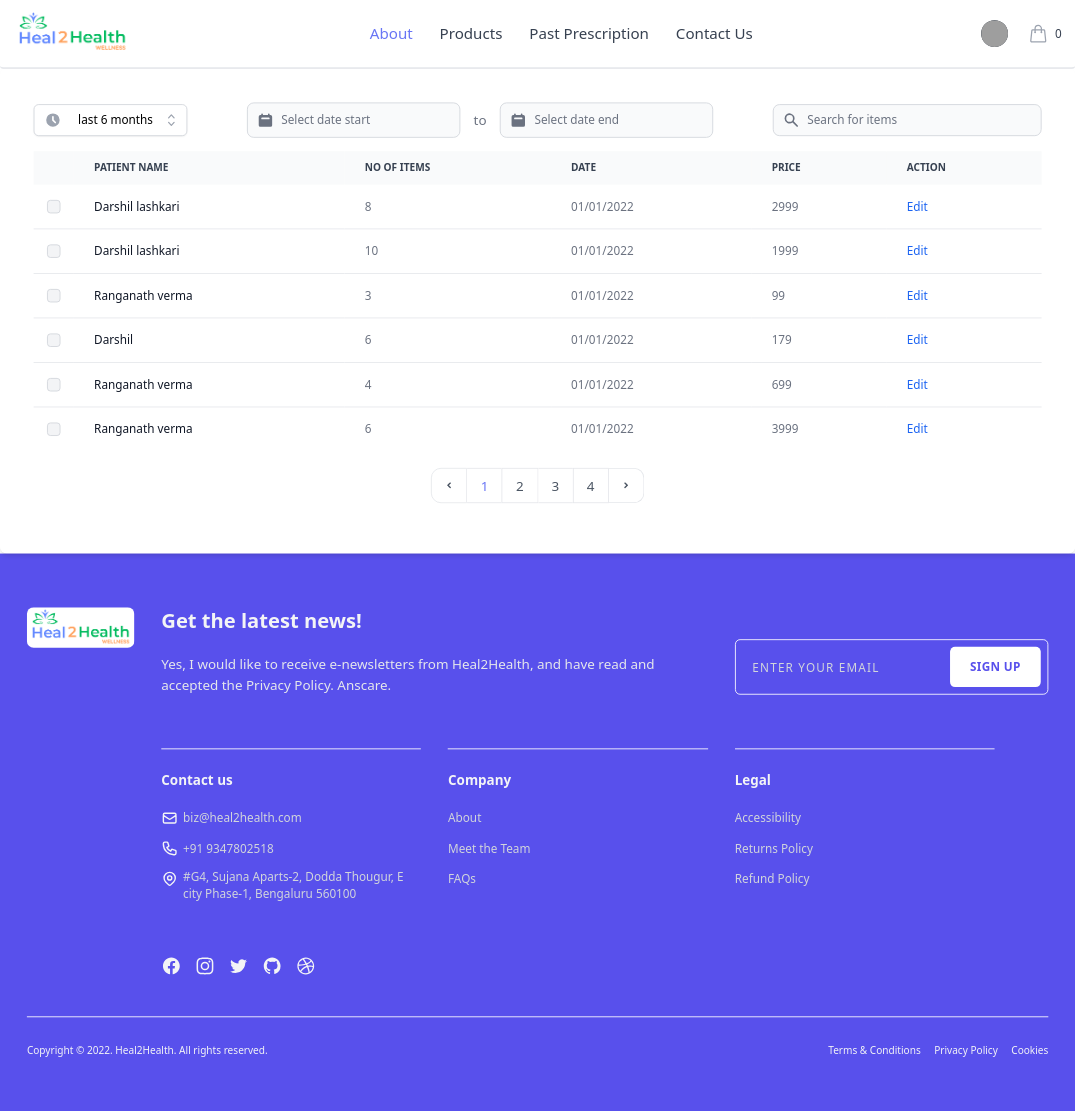
Repository: Akash123-coder/H2H
Page: /pastprescription (app in Frontend/)
An editor plug-in stored every save of this project. The page is shown before and after the next save, followed by the edit.
The browser window is 1280 px wide. The pictures show the whole page, at 84% of full size.
Pictures or frames that could not be fetched are drawn as grey boxes. The project was rebuilt for these pictures with package versions that can differ from the ones it lists, and the page was loaded fresh each time. Also part of the build but not shown: Frontend/vite.config.ts, Frontend/src/pages/About.tsx, Frontend/src/components/Cta.jsx, Frontend/src/pages/Home.jsx, Frontend/src/components/Product.tsx, Frontend/src/pages/Prescription.jsx, Frontend/src/pages/SignUp.jsx, Frontend/src/pages/Login.jsx and 1 more.

Above is the page before, as saved 2022-10-04 13:01:27.

### Frontend/index.html
<!DOCTYPE html>
<html lang="en">
  <head>
    <meta charset="UTF-8" />
    <link rel="icon" type="image/svg+xml" href="/vite.svg" />
    <meta name="viewport" content="width=device-width, initial-scale=1.0" />
    <title>Heal2Health</title>
  </head>
  <body>
    <div id="root"></div>
    <script type="module" src="/src/main.tsx"></script>
  </body>
</html>

### Frontend/src/main.tsx
import React from 'react'
import ReactDOM from 'react-dom/client'
import App from './App'
import './index.css'
import {BrowserRouter} from 'react-router-dom'

ReactDOM.createRoot(document.getElementById('root') as HTMLElement).render(
  <React.StrictMode>
    <BrowserRouter>
    <App />
    </BrowserRouter>
  </React.StrictMode>
)

### Frontend/src/App.jsx
import { Routes, Route } from "react-router-dom";
import Navbar from "./components/Navbar.jsx";
import { ShoppingCartProvider } from "./context/ShoppingCartContext";
import About from "./pages/About";
import Home from "./pages/Home";
import Prescription from "./pages/Prescription";
import SignUp from "./pages/SignUp";
import Footer from "./components/Footer";
import Login from "./pages/Login";
import Cart from "./pages/Cart";
import CompanyNameSelect from "./pages/CompanyNameSelect.jsx";
import PastPrescription from "./pages/PastPrescription.jsx";

function App() {
  return (
    <ShoppingCartProvider>
      <Navbar />
      <Routes>
        <Route path="/" element={<Home />} />
        <Route path="/prescription" element={<Prescription />} />
        <Route path="/about" element={<About />} />
        <Route path="/login" element={<Login />} />
        <Route path="/SignUp" element={<SignUp />} />
        <Route path="/pastprescription" element={<PastPrescription />} />
        {/* <Route path="/SignUp" element={<CompanyNameSelect />} /> */}
      </Routes>
      <Footer />
    </ShoppingCartProvider>
  );
}

export default App;

### Frontend/src/context/ShoppingCartContext.tsx
import {useContext ,useState, createContext ,ReactNode} from 'react'

const ShoppingCartContext = createContext({})

type ShoppingCartProviderProps ={
    children: ReactNode
}
type CartItem = {
    id: number
    quantity:number
}


type ShoppingCartContext ={
    CartQuantity:number
    CartItems:CartItem[]
    getItemQuantity:(id: number) => number
    increaseItemQuantity:(id: number) => void
    decreaseItemQuantity:(id: number) => void
    removeFromCart:(id: number) => void
}

export function useShoppingCart() {
  return ( useContext(ShoppingCartContext)
  )
}

export function ShoppingCartProvider({children}:ShoppingCartProviderProps){
    const [cartItems ,setCartItems] = useState<CartItem>([]);

    const CartQuantity = cartItems.reduce(
        (quantity ,item) => item.quantity + quantity,0
    )

    function getItemQuantity(id : number){
        return cartItems.find( item => item.id === id)?.quantity || 0
    }
    function increaseItemQuantity(id : number){
         setCartItems(currItems =>{
            if(currItems.find(item => item.id === id)==null){
                return [...currItems, {id , quantity : 1}]

            } else {
                return currItems.map(item =>{
                    if(item.id === id ){
                        return {...item ,quantity: item.quantity + 1}
                    }else{
                        return item
                    }
                })
            }
         })
    }
    function decreaseItemQuantity(id: number) {
        setCartItems(currItems => {
          if (currItems.find(item => item.id === id)?.quantity === 1) {
            return currItems.filter(item => item.id !== id)
          } else {
            return currItems.map(item => {
              if (item.id === id) {
                return { ...item, quantity: item.quantity - 1 }
              } else {
                return item
              }
            })
          }
        })
      }
    function removeFromCart(id : number){
        setCartItems(currItems =>{
            return currItems.filter(item =>item.id!==id)
        })
    }
    return (

        <ShoppingCartContext.Provider value = {{getItemQuantity,increaseItemQuantity,decreaseItemQuantity ,removeFromCart,cartItems,CartQuantity}}>
            {children}
        </ShoppingCartContext.Provider>
    )
}

### Frontend/src/pages/PastPrescription.jsx
import React from 'react'
import DatePickercomp from '../components/DatePickercomp';
import Select from '../components/Select';

function PastPrescription() {
  return (
    <div>
      <div class="overflow-x-auto relative shadow-md sm:rounded-lg p-10">
        <div class="flex justify-between items-center pb-4">
          <Select />
          <DatePickercomp />
          <label for="table-search" class="sr-only">
            Search
          </label>
          <div class="relative">
            <div class="flex absolute inset-y-0 left-0 items-center pl-3 pointer-events-none">
              <svg
                class="w-5 h-5 text-gray-500 dark:text-gray-400"
                aria-hidden="true"
                fill="currentColor"
                viewBox="0 0 20 20"
                xmlns="http://www.w3.org/2000/svg"
              >
                <path
                  fill-rule="evenodd"
                  d="M8 4a4 4 0 100 8 4 4 0 000-8zM2 8a6 6 0 1110.89 3.476l4.817 4.817a1 1 0 01-1.414 1.414l-4.816-4.816A6 6 0 012 8z"
                  clip-rule="evenodd"
                ></path>
              </svg>
            </div>
            <input
              type="text"
              id="table-search"
              class="block p-2 pl-10 w-80 text-sm text-gray-900 bg-gray-50 rounded-lg border border-gray-300 focus:ring-blue-500 focus:border-blue-500 dark:bg-gray-700 dark:border-gray-600 dark:placeholder-gray-400 dark:text-white dark:focus:ring-blue-500 dark:focus:border-blue-500"
              placeholder="Search for items"
            />
          </div>
        </div>
        <table class="w-full text-sm text-left text-gray-500 dark:text-gray-400">
          <thead class="text-xs text-gray-700 uppercase bg-gray-50 dark:bg-gray-700 dark:text-gray-400">
            <tr>
              <th scope="col" class="p-4">
                <div class="flex items-center">
                  <label for="checkbox-all-search" class="sr-only">
                    checkbox
                  </label>
                </div>
              </th>
              <th scope="col" class="py-3 px-6">
                Patient name
              </th>
              <th scope="col" class="py-3 px-6">
                No of items
              </th>
              <th scope="col" class="py-3 px-6">
                Date
              </th>
              <th scope="col" class="py-3 px-6">
                Price
              </th>
              <th scope="col" class="py-3 px-6">
                Action
              </th>
            </tr>
          </thead>
          <tbody>
            <tr class="bg-white border-b dark:bg-gray-800 dark:border-gray-700 hover:bg-gray-50 dark:hover:bg-gray-600">
              <td class="p-4 w-4">
                <div class="flex items-center">
                  <input
                    id="checkbox-table-search-1"
                    type="checkbox"
                    class="w-4 h-4 text-blue-600 bg-gray-100 rounded border-gray-300 focus:ring-blue-500 dark:focus:ring-blue-600 dark:ring-offset-gray-800 focus:ring-2 dark:bg-gray-700 dark:border-gray-600"
                  />
                  <label for="checkbox-table-search-1" class="sr-only">
                    checkbox
                  </label>
                </div>
              </td>
              <th
                scope="row"
                class="py-4 px-6 font-medium text-gray-900 whitespace-nowrap dark:text-white"
              >
                Darshil lashkari
              </th>
              <td class="py-4 px-6">8</td>
              <td class="py-4 px-6">01/01/2022</td>
              <td class="py-4 px-6">2999</td>
              <td class="py-4 px-6">
                <a
                  href="#"
                  class="font-medium text-blue-600 dark:text-blue-500 hover:underline"
                >
                  Edit
                </a>
              </td>
            </tr>
            <tr class="bg-white border-b dark:bg-gray-800 dark:border-gray-700 hover:bg-gray-50 dark:hover:bg-gray-600">
              <td class="p-4 w-4">
                <div class="flex items-center">
                  <input
                    id="checkbox-table-search-2"
                    type="checkbox"
                    class="w-4 h-4 text-blue-600 bg-gray-100 rounded border-gray-300 focus:ring-blue-500 dark:focus:ring-blue-600 dark:ring-offset-gray-800 focus:ring-2 dark:bg-gray-700 dark:border-gray-600"
                  />
                  <label for="checkbox-table-search-2" class="sr-only">
                    checkbox
                  </label>
                </div>
              </td>
              <th
                scope="row"
                class="py-4 px-6 font-medium text-gray-900 whitespace-nowrap dark:text-white"
              >
                Darshil lashkari
              </th>
              <td class="py-4 px-6">10</td>
              <td class="py-4 px-6">01/01/2022</td>
              <td class="py-4 px-6">1999</td>
              <td class="py-4 px-6">
                <a
                  href="#"
                  class="font-medium text-blue-600 dark:text-blue-500 hover:underline"
                >
                  Edit
                </a>
              </td>
            </tr>
            <tr class="bg-white border-b dark:bg-gray-800 dark:border-gray-700 hover:bg-gray-50 dark:hover:bg-gray-600">
              <td class="p-4 w-4">
                <div class="flex items-center">
                  <input
                    id="checkbox-table-search-3"
                    type="checkbox"
                    class="w-4 h-4 text-blue-600 bg-gray-100 rounded border-gray-300 focus:ring-blue-500 dark:focus:ring-blue-600 dark:ring-offset-gray-800 focus:ring-2 dark:bg-gray-700 dark:border-gray-600"
                  />
                  <label for="checkbox-table-search-3" class="sr-only">
                    checkbox
                  </label>
                </div>
              </td>
              <th
                scope="row"
                class="py-4 px-6 font-medium text-gray-900 whitespace-nowrap dark:text-white"
              >
                Ranganath verma
              </th>
              <td class="py-4 px-6">3</td>
              <td class="py-4 px-6">01/01/2022</td>
              <td class="py-4 px-6">99</td>
              <td class="py-4 px-6">
                <a
                  href="#"
                  class="font-medium text-blue-600 dark:text-blue-500 hover:underline"
                >
                  Edit
                </a>
              </td>
            </tr>
            <tr class="bg-white border-b dark:bg-gray-800 dark:border-gray-700 hover:bg-gray-50 dark:hover:bg-gray-600">
              <td class="p-4 w-4">
                <div class="flex items-center">
                  <input
                    id="checkbox-table-3"
                    type="checkbox"
                    class="w-4 h-4 text-blue-600 bg-gray-100 rounded border-gray-300 focus:ring-blue-500 dark:focus:ring-blue-600 dark:ring-offset-gray-800 focus:ring-2 dark:bg-gray-700 dark:border-gray-600"
                  />
                  <label for="checkbox-table-3" class="sr-only">
                    checkbox
                  </label>
                </div>
              </td>
              <th
                scope="row"
                class="py-4 px-6 font-medium text-gray-900 whitespace-nowrap dark:text-white"
              >
                Darshil
              </th>
              <td class="py-4 px-6">6</td>
              <td class="py-4 px-6">01/01/2022</td>
              <td class="py-4 px-6">179</td>
              <td class="py-4 px-6">
                <a
                  href="#"
                  class="font-medium text-blue-600 dark:text-blue-500 hover:underline"
                >
                  Edit
                </a>
              </td>
            </tr>
            <tr class="bg-white border-b dark:bg-gray-800 dark:border-gray-700 hover:bg-gray-50 dark:hover:bg-gray-600">
              <td class="p-4 w-4">
                <div class="flex items-center">
                  <input
                    id="checkbox-table-3"
                    type="checkbox"
                    class="w-4 h-4 text-blue-600 bg-gray-100 rounded border-gray-300 focus:ring-blue-500 dark:focus:ring-blue-600 dark:ring-offset-gray-800 focus:ring-2 dark:bg-gray-700 dark:border-gray-600"
                  />
                  <label for="checkbox-table-3" class="sr-only">
                    checkbox
                  </label>
                </div>
              </td>
              <th
                scope="row"
                class="py-4 px-6 font-medium text-gray-900 whitespace-nowrap dark:text-white"
              >
                Ranganath verma
              </th>
              <td class="py-4 px-6">4</td>
              <td class="py-4 px-6">01/01/2022</td>
              <td class="py-4 px-6">699</td>
              <td class="py-4 px-6">
                <a
                  href="#"
                  class="font-medium text-blue-600 dark:text-blue-500 hover:underline"
                >
                  Edit
                </a>
              </td>
            </tr>
            <tr class="bg-white dark:bg-gray-800 hover:bg-gray-50 dark:hover:bg-gray-600">
              <td class="p-4 w-4">
                <div class="flex items-center">
                  <input
                    id="checkbox-table-3"
                    type="checkbox"
                    class="w-4 h-4 text-blue-600 bg-gray-100 rounded border-gray-300 focus:ring-blue-500 dark:focus:ring-blue-600 dark:ring-offset-gray-800 focus:ring-2 dark:bg-gray-700 dark:border-gray-600"
                  />
                  <label for="checkbox-table-3" class="sr-only">
                    checkbox
                  </label>
                </div>
              </td>
              <th
                scope="row"
                class="py-4 px-6 font-medium text-gray-900 whitespace-nowrap dark:text-white"
              >
                Ranganath verma
              </th>
              <td class="py-4 px-6">6</td>
              <td class="py-4 px-6">01/01/2022</td>
              <td class="py-4 px-6">3999</td>
              <td class="py-4 px-6">
                <a
                  href="#"
                  class="font-medium text-blue-600 dark:text-blue-500 hover:underline"
                >
                  Edit
                </a>
              </td>
            </tr>
          </tbody>
        </table>
        <div class="px-5 bg-white py-5 flex flex-col xs:flex-row items-center xs:justify-between">
          <div class="flex items-center">
            <button
              type="button"
              class="w-full p-4 border text-base rounded-l-xl text-gray-600 bg-white hover:bg-gray-100"
            >
              <svg
                width="9"
                fill="currentColor"
                height="8"
                class=""
                viewBox="0 0 1792 1792"
                xmlns="http://www.w3.org/2000/svg"
              >
                <path d="M1427 301l-531 531 531 531q19 19 19 45t-19 45l-166 166q-19 19-45 19t-45-19l-742-742q-19-19-19-45t19-45l742-742q19-19 45-19t45 19l166 166q19 19 19 45t-19 45z"></path>
              </svg>
            </button>
            <button
              type="button"
              class="w-full px-4 py-2 border-t border-b text-base text-indigo-500 bg-white hover:bg-gray-100 "
            >
              1
            </button>
            <button
              type="button"
              class="w-full px-4 py-2 border text-base text-gray-600 bg-white hover:bg-gray-100"
            >
              2
            </button>
            <button
              type="button"
              class="w-full px-4 py-2 border-t border-b text-base text-gray-600 bg-white hover:bg-gray-100"
            >
              3
            </button>
            <button
              type="button"
              class="w-full px-4 py-2 border text-base text-gray-600 bg-white hover:bg-gray-100"
            >
              4
            </button>
            <button
              type="button"
              class="w-full p-4 border-t border-b border-r text-base  rounded-r-xl text-gray-600 bg-white hover:bg-gray-100"
            >
              <svg
                width="9"
                fill="currentColor"
                height="8"
                class=""
                viewBox="0 0 1792 1792"
                xmlns="http://www.w3.org/2000/svg"
              >
                <path d="M1363 877l-742 742q-19 19-45 19t-45-19l-166-166q-19-19-19-45t19-45l531-531-531-531q-19-19-19-45t19-45l166-166q19-19 45-19t45 19l742 742q19 19 19 45t-19 45z"></path>
              </svg>
            </button>
          </div>
        </div>
      </div>
    </div>
  );
}

export default PastPrescription

### Frontend/src/components/DatePickercomp.jsx
// import  React from "react";
// import TextField from "@mui/material/TextField";
// import Box from "@mui/material/Box";
// import { LocalizationProvider } from "@mui/x-date-pickers-pro";
// import { AdapterDayjs } from "@mui/x-date-pickers-pro/AdapterDayjs";
// import { DateRangePicker } from "@mui/x-date-pickers-pro/DateRangePicker";

// export default function BasicDateRangePicker() {
//   const [value, setValue] = React.useState([null, null]);

//   return (
//     <LocalizationProvider
//       dateAdapter={AdapterDayjs}
//       localeText={{ start: "Check-in", end: "Check-out" }}
//     >
//       <DateRangePicker
//         value={value}
//         onChange={(newValue) => {
//           setValue(newValue);
//         }}
//         renderInput={(startProps, endProps) => (
//           <React.Fragment>
//             <TextField {...startProps} />
//             <Box sx={{ mx: 2 }}> to </Box>
//             <TextField {...endProps} />
//           </React.Fragment>
//         )}
//       />
//     </LocalizationProvider>
//   );
// }

import React from 'react'

function DatePickercomp() {
  return (
    <div>
<div date-rangepicker="" class="flex items-center">
  <div class="relative">
    <div class="flex absolute inset-y-0 left-0 items-center pl-3 pointer-events-none">
        <svg aria-hidden="true" class="w-5 h-5 text-gray-500 dark:text-gray-400" fill="currentColor" viewBox="0 0 20 20" xmlns="http://www.w3.org/2000/svg"><path fill-rule="evenodd" d="M6 2a1 1 0 00-1 1v1H4a2 2 0 00-2 2v10a2 2 0 002 2h12a2 2 0 002-2V6a2 2 0 00-2-2h-1V3a1 1 0 10-2 0v1H7V3a1 1 0 00-1-1zm0 5a1 1 0 000 2h8a1 1 0 100-2H6z" clip-rule="evenodd"></path></svg>
    </div>
    <input name="start" type="text" class="bg-gray-50 border border-gray-300 text-gray-900 sm:text-sm rounded-lg focus:ring-blue-500 focus:border-blue-500 block w-full pl-10 p-2.5 dark:bg-gray-700 dark:border-gray-600 dark:placeholder-gray-400 dark:text-white dark:focus:ring-blue-500 dark:focus:border-blue-500 datepicker-input" placeholder="Select date start"/>
  </div>
  <span class="mx-4 text-gray-500">to</span>
  <div class="relative">
    <div class="flex absolute inset-y-0 left-0 items-center pl-3 pointer-events-none">
        <svg aria-hidden="true" class="w-5 h-5 text-gray-500 dark:text-gray-400" fill="currentColor" viewBox="0 0 20 20" xmlns="http://www.w3.org/2000/svg"><path fill-rule="evenodd" d="M6 2a1 1 0 00-1 1v1H4a2 2 0 00-2 2v10a2 2 0 002 2h12a2 2 0 002-2V6a2 2 0 00-2-2h-1V3a1 1 0 10-2 0v1H7V3a1 1 0 00-1-1zm0 5a1 1 0 000 2h8a1 1 0 100-2H6z" clip-rule="evenodd"></path></svg>
    </div>
    <input name="end" type="text" class="bg-gray-50 border border-gray-300 text-gray-900 sm:text-sm rounded-lg focus:ring-blue-500 focus:border-blue-500 block w-full pl-10 p-2.5 dark:bg-gray-700 dark:border-gray-600 dark:placeholder-gray-400 dark:text-white dark:focus:ring-blue-500 dark:focus:border-blue-500 datepicker-input" placeholder="Select date end"/>
</div>
</div>
</div>
  )
}

export default DatePickercomp

### Frontend/tailwind.config.cjs
/** @type {import('tailwindcss').Config} */
module.exports = {
  content: [
    "./src/**/*.{js,jsx,ts,tsx}",
    "node_modules/flowbite-react/**/*.{js,jsx,ts,tsx}",
  ],
  theme: {
    extend: {},
  },
  plugins: [require("flowbite/plugin"), require("@tailwindcss/forms")],
};

Loaded but not shown: Frontend/src/index.css (common file); Frontend/src/components/Footer.jsx (300 lines, source omitted); Frontend/src/pages/Cart.jsx (227 lines, source omitted); Frontend/src/components/Navbar.jsx (181 lines, source omitted); Frontend/src/components/Select.jsx (122 lines, source omitted)

After the next save:
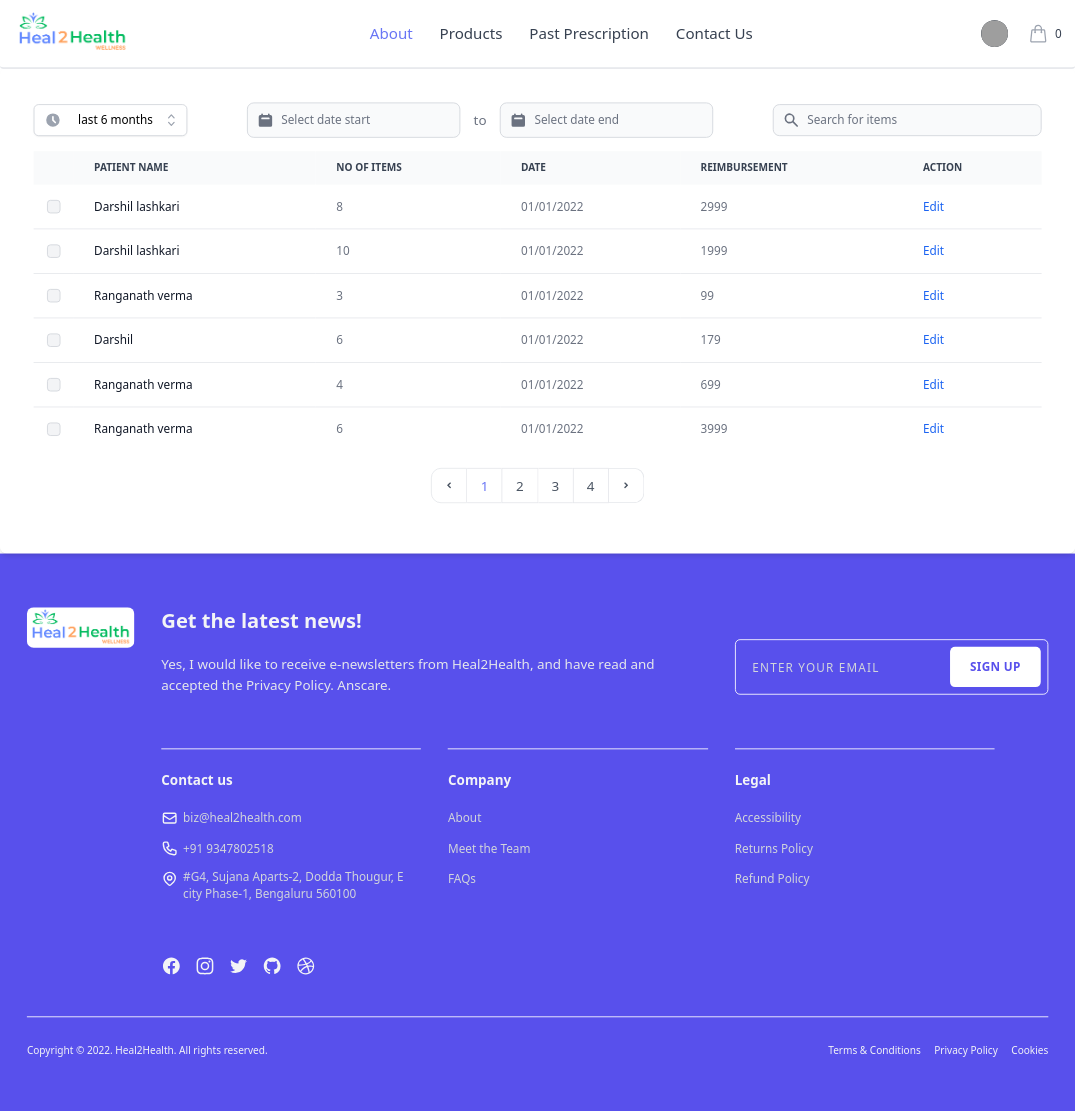
Saved 74 s later.
--- a/Frontend/src/pages/PastPrescription.jsx
+++ b/Frontend/src/pages/PastPrescription.jsx
@@ -56,7 +56,7 @@ function PastPrescription() {
                 Date
               </th>
               <th scope="col" class="py-3 px-6">
-                Price
+                Reimbursement
               </th>
               <th scope="col" class="py-3 px-6">
                 Action
